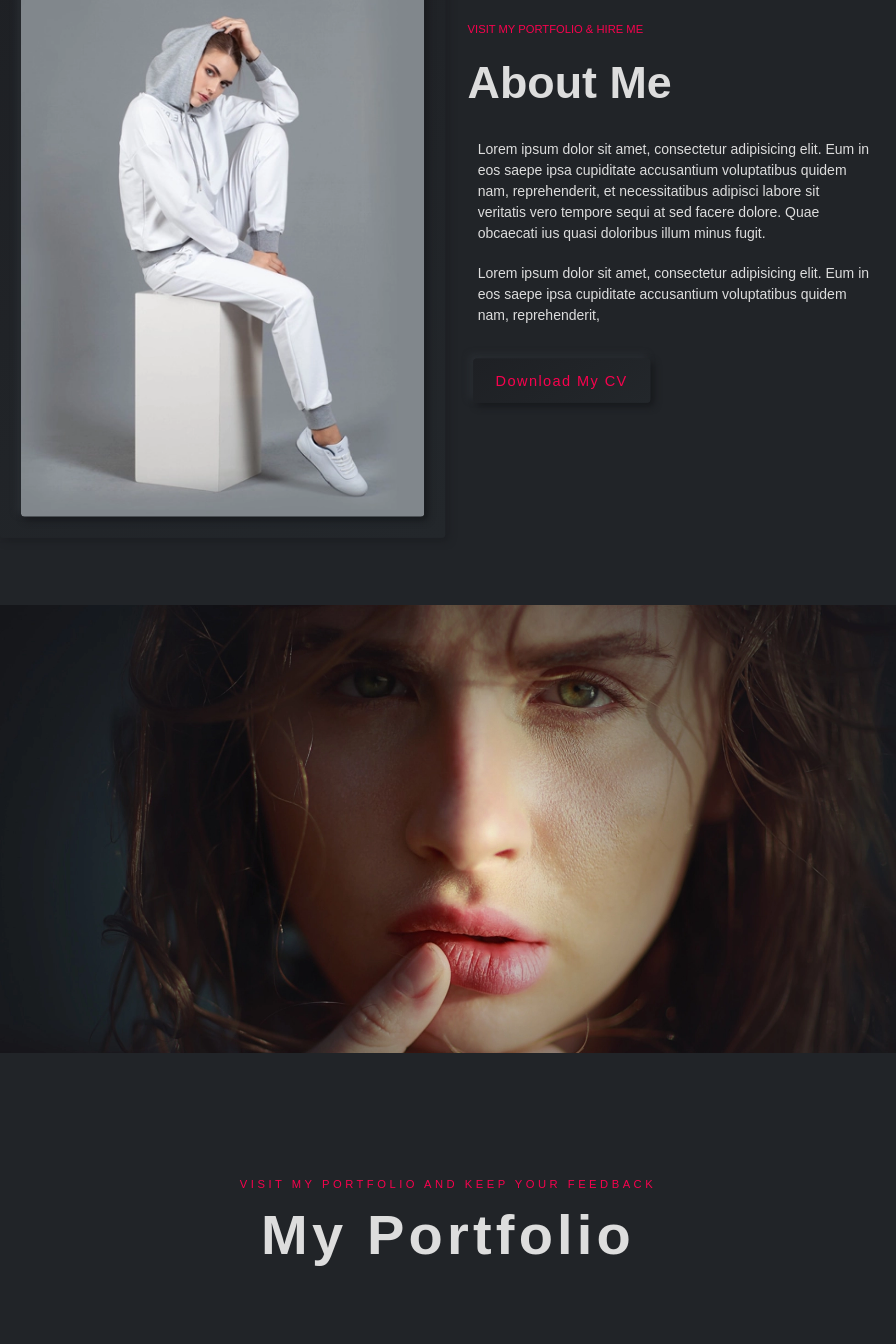
Repository: arminprogramme/inbio
Page: /
An editor plug-in stored every save of this project. The page is shown before and after the next save, followed by the edit.
The browser window is 1280 px wide. The pictures show the part of the page from y = 1966 to 3886 px (the page is 3886 px tall before and 3806 px after), at 70% of full size.
Backgrounds fixed to the window are drawn as part of the page. Some web libraries are served in a nearby version. The project was rebuilt for these pictures with package versions that can differ from the ones it lists, and the page was loaded fresh each time. Also part of the build but not shown: vite.config.js.

Above is the page before, as saved 2023-10-20 04:59:10.

### index.html
<!doctype html>
<html lang="en">

<head>
    <meta charset="UTF-8" />
    <link rel="icon" type="image/svg+xml" href="/vite.svg" />
    <link rel="stylesheet" href="https://cdnjs.cloudflare.com/ajax/libs/font-awesome/4.7.0/css/font-awesome.min.css">
    <link href="https://cdnjs.cloudflare.com/ajax/libs/flowbite/1.8.1/flowbite.min.css" rel="stylesheet" />
    <meta name="viewport" content="width=device-width, initial-scale=1.0" />
    <title>Vite + React</title>
</head>

<body>
    <div id="root"></div>
    <script src="https://cdnjs.cloudflare.com/ajax/libs/flowbite/1.8.1/flowbite.min.js"></script>
    <script type="module" src="/src/main.jsx"></script>
</body>

</html>

### src/App.jsx
import   { Component } from 'react';
import LandingPage from './Component/LandingPage.jsx'
import './App.css'

class App extends Component {


  render() {
    return (
    <div>
      <LandingPage />
    </div>
    );
  }


}

export default App;

### src/index.css
:root {
    font-family: Inter, system-ui, Avenir, Helvetica, Arial, sans-serif;
}

a {
    font-weight: 500;
    color: #646cff;
    text-decoration: inherit;
}

* {
    padding: 0;
    margin: 0;
    box-sizing: border-box;
}

@tailwind base;
@tailwind components;
@tailwind utilities;
a:hover {
    color: #535bf2;
}

body {
    margin: 0;
    font-family: 'Vazir', sans-serif;
}

h1 {
    font-size: 3.2em;
    line-height: 1.1;
}

@media (prefers-color-scheme: light) {
     :root {
        color: #213547;
        background-color: #ffffff;
    }
    a:hover {
        color: #747bff;
    }
    button {
        background-color: #f9f9f9;
    }
}

### src/Component/LandingPage.jsx
import  { Component } from 'react';
import Header from './Header/Header.jsx'
import Body from './Body/Body.jsx'
//import Footer from './Footer/Footer.jsx'
class LandingPage extends Component {
    render() {
        return (
            <div>
                <Header/>
                <Body/>

            </div>
        );
    }
}

export default LandingPage;

### src/Component/Header/Header.jsx
import  { Component } from 'react';
import NavBar from './Navbar.jsx'
import './Header.css'
class Header extends Component {
    render() {
        return (
            <div>
                <NavBar/>
                <div className="banner-header text-center">
                    <h1 className='font-bold text-white'>KRISTINA SOMOLYER</h1>
                    <p>American Supermodel & Entrepreneur</p>
                </div>
            </div>
        );
    }
}

export default Header;

### src/Component/Body/Body.jsx
import  { Component } from 'react';
import Services from './Services/Services.jsx'
import About from './About/About.jsx'
import PortFolio from './PortFolio/PortFolio.jsx'
import './Body.css'
class Body extends Component {
    render() {
        return (
            <>
            <div className='black-bg '>
                <div className="limit-width">
                    <Services/>
                    <About/>
                </div>
                <div className="girl-bg">
                </div>
                <div className="limit-width">
                    <PortFolio />
                </div>
            </div>
            </>
        );
    }
}

export default Body;

### src/Component/Header/Navbar.jsx
import  { Component } from 'react';

class Navbar extends Component {
    render() {
        return (
            <div>

<nav className=" black-bg">
  <div className="max-w-screen-xl flex flex-wrap items-center justify-between mx-auto p-6">
    <a href="https://.com/" className="flex items-center">
       <h2 className='text-white'>React Project</h2>
    </a>
    <button data-collapse-toggle="navbar-default" type="button"  className="inline-flex items-center p-2 w-10 h-10 justify-center text-sm text-white rounded-lg md:hidden " aria-controls="navbar-default" aria-expanded="false">
    <i className="fa fa-bars text-white"></i>

    </button>
    <div className="hidden w-full md:block md:w-auto" id="navbar-default">
      <ul className="font-medium flex flex-col p-4 md:p-0 mt-4 border border-gray-100 rounded-lg text-white md:flex-row md:space-x-8 md:mt-0 md:border-0 black-bg">
        <li>
          <a href="#" className="block py-2 pl-3 pr-4 text-white md:hover:text-gray-700 dark:text-white md:dark:hover:text-gray-500 rounded md:bg-transparent md:p-0 " aria-current="page">Home</a>
        </li>
        <li>
          <a href="#" className="block py-2 pl-3 pr-4 text-gray-900 rounded hover:bg-gray-100 md:hover:bg-transparent md:border-0 md:hover:text-gray-700 md:p-0 dark:text-white md:dark:hover:text-gray-500 dark:hover:bg-gray-700 dark:hover:text-white md:dark:hover:bg-transparent">About</a>
        </li>
        <li>
          <a href="#" className="block py-2 pl-3 pr-4 text-gray-900 rounded md:hover:text-gray-700 md:p-0 dark:text-white md:dark:hover:text-gray-500 dark:hover:bg-gray-700 dark:hover:text-white md:dark:hover:bg-transparent">Services</a>
        </li>
        <li>
          <a href="#" className="block py-2 pl-3 pr-4 text-gray-900 rounded hover:bg-gray-100 md:hover:bg-transparent md:border-0 md:hover:text-gray-700 md:p-0 dark:text-white md:dark:hover:text-gray-500 dark:hover:bg-gray-700 dark:hover:text-white md:dark:hover:bg-transparent">Pricing</a>
        </li>
        <li>
          <a href="#" className="block py-2 pl-3 pr-4 text-gray-900 rounded hover:bg-gray-100 md:hover:bg-transparent md:border-0md:hover:text-gray-700 md:p-0 dark:text-white md:dark:hover:text-gray-500 dark:hover:bg-gray-700 dark:hover:text-white md:dark:hover:bg-transparent">Contact</a>
        </li>
      </ul>
    </div>
  </div>
</nav>

            </div>
        );
    }
}

export default Navbar;

### src/Component/Header/Header.css
.black-bg {
    background-color: #212428;
}

.banner-header {
    background-image: url(../../../bg-image-12.webp);
    background-position: center;
    background-size: cover;
    padding: 20.25rem 0;
}

.banner-header h1 {
    letter-spacing: 6px;
    font-size: 3.2rem;
}

.banner-header p {
    letter-spacing: 6px;
    font-size: 1.2rem;
    padding: 2rem 0;
    color: #fff;
}

### src/Component/Body/Services/Services.jsx
import  { Component } from 'react';
import ServicesItem from './ServicesItem.jsx'
import './Services.css'
class Services extends Component {

    constructor(props){
        super(props)

        this.state = {
            services : [
                {id : 1 , icon : 'red-color fa fa-bars' , title : 'Web Development' , text : 'I throw myself down among the tall grass by the stream as I lie close to the earth.'},
                {id : 2 , icon : 'red-color fa fa-book' , title : 'App Development' , text : 'It uses a dictionary of over 200 Latin words, combined with a handful of model sentence.'},
                {id : 3 , icon : 'red-color fa fa-television' , title : 'Media Development' , text : 'I throw myself down among the tall grass by the stream as I lie close to the earth.'},
            ]
        }
    }
    render() {
        return (
            <div>
              <div className="grid  grid-cols-1 lg:grid-cols-3 gap-10">
              {this.state.services.map(services => {
                return <ServicesItem key={services.id} {...services} />
               })}
              </div>
            </div>
        );
    }
}

export default Services;

### src/Component/Body/About/About.jsx
import  { Component } from 'react';
import ButtonSpecial from '../Buttons/ButtonSpecial.jsx'
import   './About.css'
class About extends Component {

    constructor(props){
        super(props)

        this.state= {
            title : 'Download My CV'
        }
    }
    render() {
        return (
            <div>
                <div className="about-container my-52 grid grid-cols-1 lg:grid-cols-2 gap-2">
                    <div className="img-about">
                        <div className="inner-img-about">
                            <img src="about-5.webp" className='rounded' alt="" />
                        </div>
                    </div>
                    <div className="content-about">
                        <h5 className='red-color'>VISIT MY PORTFOLIO & HIRE ME</h5>
                        <h2>About Me</h2>
                        <p>Lorem ipsum dolor sit amet, consectetur adipisicing elit. Eum in eos saepe ipsa cupiditate accusantium voluptatibus quidem nam, reprehenderit, et necessitatibus adipisci labore sit veritatis vero tempore sequi at sed facere dolore. Quae obcaecati ius quasi doloribus illum minus fugit.</p>
                        <p>Lorem ipsum dolor sit amet, consectetur adipisicing elit. Eum in eos saepe ipsa cupiditate accusantium voluptatibus quidem nam, reprehenderit,</p>

                       <div className="mx-2 my-8 button-about">
                       <ButtonSpecial title={this.state.title}/>
                       </div>
                    </div>
                </div>
            </div>
        );
    }
}

export default About;

### src/Component/Body/PortFolio/PortFolio.jsx
import  { Component } from 'react';
import './Portfolio.css'
class PortFolio extends Component {
    render() {
        return (
            <div>
                <div className="title-portfolio text-center">
                    <h5 className='red-color'>VISIT MY PORTFOLIO AND KEEP YOUR FEEDBACK</h5>
                    <h2>My Portfolio</h2>
                </div>
            </div>
        );
    }
}

export default PortFolio;

### src/Component/Body/Body.css
.limit-width {
    max-width: 1450px;
    padding: 6rem 0;
    margin: auto;
}

.girl-bg {
    background-image: url(../../../bg-image-8.webp);
    padding: 20em;
    background-attachment: fixed;
    background-size: cover;
    max-width: 100%;
    background-position: center;
    margin: auto;
    margin-bottom: 5rem;
}

### src/Component/Body/Services/ServicesItem.jsx
import { Component } from 'react';

class ServicesItem extends Component {
    render() {
        return (
            <div className='services-item'>
                <div className="icon-services">
                    <i className={this.props.icon}></i>
                </div>
                <div className="content-services">
                <h2 className='font-bold'>{this.props.title}</h2>
                <p>{this.props.text}</p>
                </div>
            </div>
        );
    }
}

export default ServicesItem;

### src/Component/Body/Services/Services.css
.icon-services i {
    font-size: 3rem;
}

.red-color {
    color: #f8024e;
}

.content-services {
    padding: 1.2rem 0;
    color: #FDFDFE;
}

.content-services h2 {
    font-size: 2rem;
    padding-bottom: 1rem;
}

.content-services p {
    line-height: 2.25rem;
    font-size: 1.4rem;
}

.services-item {
    border-radius: 12px;
    transition: 0.5s!important;
    padding: 4rem 3.5rem;
    background: #212428;
    box-shadow: 10px 10px 20px #1b1e21, -10px -10px 20px #272a2f;
    -webkit-transition: 0.5s!important;
    -moz-transition: 0.5s!important;
    -ms-transition: 0.5s!important;
    -o-transition: 0.5s!important;
    cursor: pointer;
}

.services-item:hover {
    border-radius: 12px;
    transform: translateY(-1.2rem);
    transition: 0.5s!important;
    background: linear-gradient(145deg, #23272b, #16171a);
    box-shadow: 10px 10px 13px #1b1e21, -10px -10px 13px #272a2f;
    -webkit-transition: 0.5s!important;
    -moz-transition: 0.5s!important;
    -ms-transition: 0.5s!important;
    -o-transition: 0.5s!important;
    -webkit-transform: translateY(-1.2rem);
    -moz-transform: translateY(-1.2rem);
    -ms-transform: translateY(-1.2rem);
    -o-transform: translateY(-1.2rem);
}

### src/Component/Body/Buttons/ButtonSpecial.jsx
import  { Component } from 'react';
import   './Buttons.css'
class ButtonSpecial extends Component {
    render() {
        return (
           <button className='sp-button red-color'>{this.props.title}</button>
        );
    }
}

export default ButtonSpecial;

### src/Component/Body/About/About.css
.img-about {
    padding: 1.9rem;
    border-radius: 5px;
    background: linear-gradient(145deg, #1e2024, #23272b);
    box-shadow: 5px 5px 10px #1d1f23, -5px -5px 10px #25292d;
    max-width: 100%;
}

.inner-img-about {
    border-radius: 10px;
    background: #212428;
    box-shadow: 5px 5px 10px #17191c, -5px -5px 10px #2b2f34;
    -webkit-border-radius: 10px;
    -moz-border-radius: 10px;
    -ms-border-radius: 10px;
    -o-border-radius: 10px;
    width: 100%;
    height: auto;
    border-radius: 5px;
    overflow: hidden;
}

.inner-img-about img {
    width: 100%;
    border-radius: 5px!important;
    -webkit-border-radius: 5px!important;
    -moz-border-radius: 5px!important;
    -ms-border-radius: 5px!important;
    transition: 0.5s ease;
    -o-border-radius: 5px!important;
}

.inner-img-about img:hover {
    transform: scale(1.1);
    /*zoomintheimageupto30%*/
    cursor: pointer;
    -webkit-transform: scale(1.1);
    -moz-transform: scale(1.1);
    -ms-transform: scale(1.1);
    -o-transform: scale(1.1);
}

.content-about {
    margin: 5.5rem 1.5rem;
}

.content-about h2,
p {
    color: #ddd;
}

.content-about h2 {
    font-size: 4rem;
    padding: 1rem 0;
    font-weight: bold;
}

.content-about p {
    font-size: 1.25rem;
    padding: 0.9rem;
}

### src/Component/Body/PortFolio/Portfolio.css
.title-portfolio h2 {
    font-size: 5rem;
    color: #ddd;
    font-weight: bold;
    letter-spacing: 6px;
}

.title-portfolio h5 {
    font-size: 1rem;
    letter-spacing: 5px;
}

### src/Component/Body/Buttons/Buttons.css
.sp-button {
    border-radius: 5px;
    background: linear-gradient(145deg, #1e2024, #23272b);
    box-shadow: 5px 5px 10px #17191c, -5px -5px 10px #2b2f34;
    padding: 1rem 2rem;
    font-size: 1.3rem;
    -webkit-border-radius: 5px;
    -moz-border-radius: 5px;
    letter-spacing: 2px;
    -ms-border-radius: 5px;
    transition: 0.3s;
    -o-border-radius: 5px;
    -webkit-transition: 0.3s;
    -moz-transition: 0.3s;
    -ms-transition: 0.3s;
    -o-transition: 0.3s;
}

.sp-button:hover {
    transition: 0.3s;
    border-radius: 5px;
    transform: translateY(-3px);
    background: linear-gradient(145deg, #23272b, #1e2024);
    box-shadow: 5px 5px 10px #17191c, -5px -5px 10px #2b2f34;
    -webkit-border-radius: 5px;
    -moz-border-radius: 5px;
    -ms-border-radius: 5px;
    -o-border-radius: 5px;
    -webkit-transition: 0.3s;
    -moz-transition: 0.3s;
    -ms-transition: 0.3s;
    -o-transition: 0.3s;
    -webkit-transform: translateY(-3px);
    -moz-transform: translateY(-3px);
    -ms-transform: translateY(-3px);
    -o-transform: translateY(-3px);
}

Loaded but not shown: src/main.jsx (common file); src/App.css (common file)

After the next save:
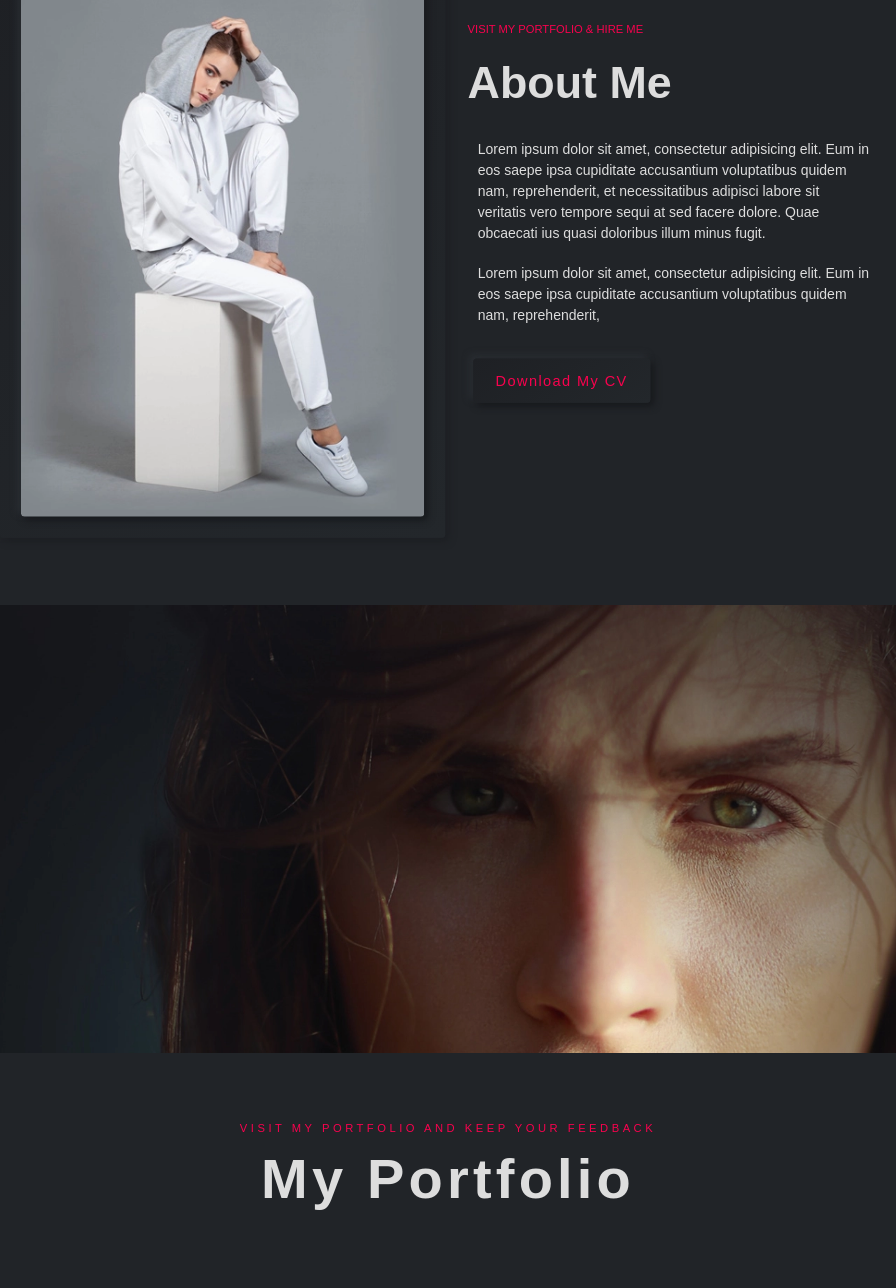
Saved 48 s later.
--- a/src/Component/Body/Body.css
+++ b/src/Component/Body/Body.css
@@ -8,9 +8,4 @@
     background-image: url(../../../bg-image-8.webp);
     padding: 20em;
     background-attachment: fixed;
-    background-size: cover;
-    max-width: 100%;
-    background-position: center;
-    margin: auto;
-    margin-bottom: 5rem;
 }

After the 3 saves that followed:
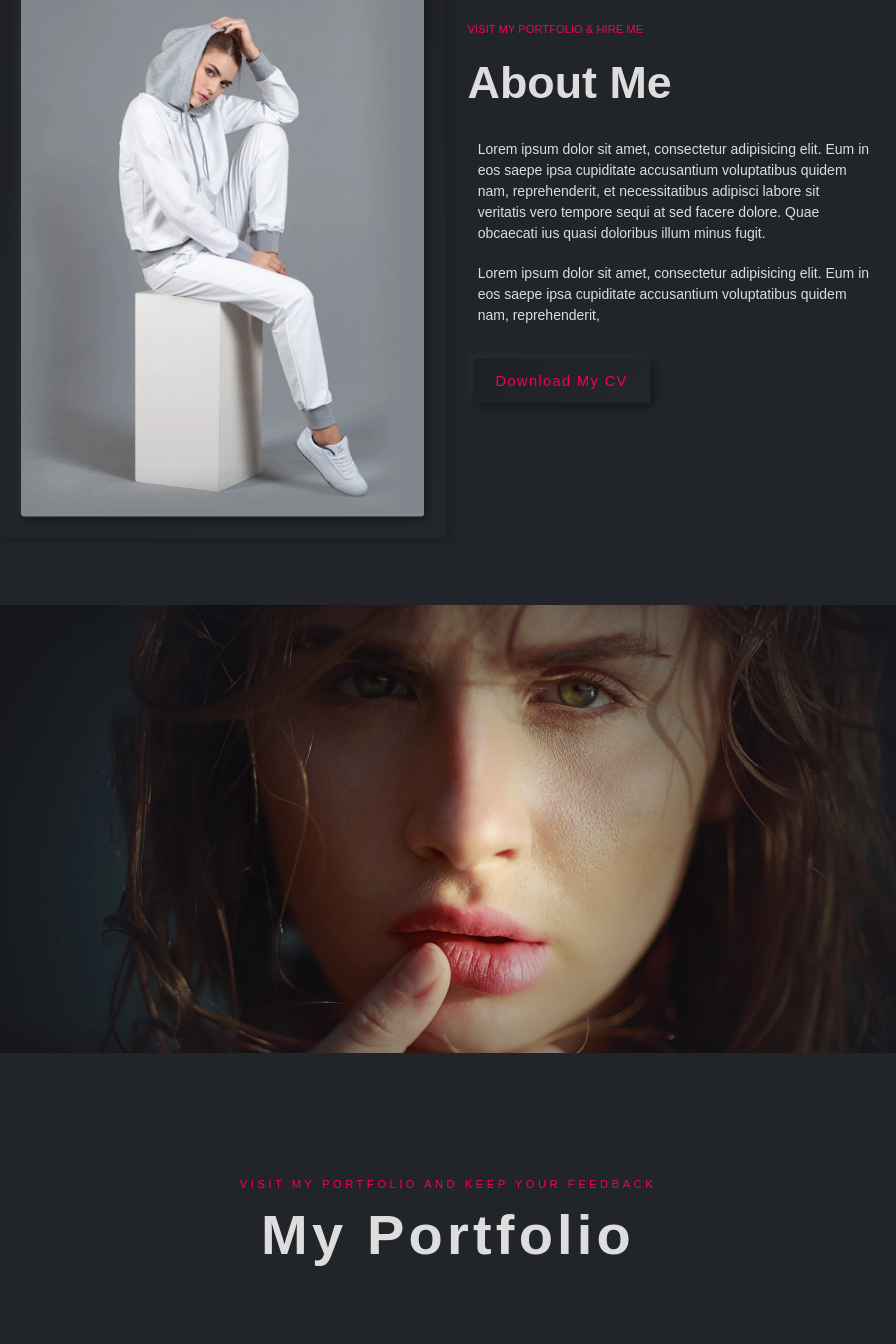
The 3 saves are shown as one change because 2 left the picture as it was.
The last was saved 2 min 37 s later.
--- a/src/Component/Body/Body.jsx
+++ b/src/Component/Body/Body.jsx
@@ -7,7 +7,7 @@ class Body extends Component {
     render() {
         return (
             <>
-            <div className='black-bg '>
+            <div className='black-bg  '>
                 <div className="limit-width">
                     <Services/>
                     <About/>
--- a/src/Component/Body/Body.css
+++ b/src/Component/Body/Body.css
@@ -8,4 +8,8 @@
     background-image: url(../../../bg-image-8.webp);
     padding: 20em;
     background-attachment: fixed;
+    background-size: cover;
+    -width: 100%;
+    background-position: center;
+    margin-bottom: 5rem;
 }
